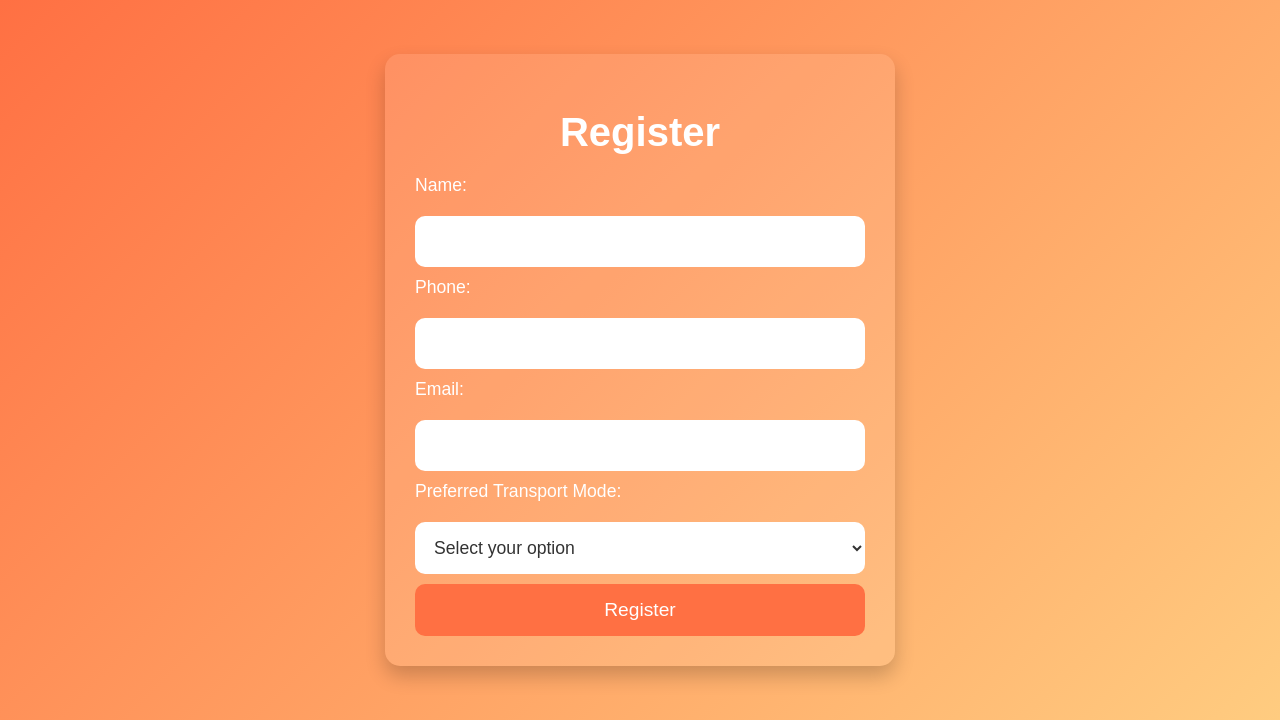
Repository: harutoNaiz/urban-mobility-system
Page: http://localhost/register
These files come from the project's save history. The page is drawn as it stood at one moment and after the next save; the edit follows.
The browser window is 1280 px wide. The pictures show the whole page.
The page is served by the project's application, run on Flask 3 (app.py).

Above is the page before, as saved 2024-11-13 09:27:25.

### templates/register.html
{% if session.get('user_id') %}
    {% include 'navbar1.html' %}
{% endif %}

<!DOCTYPE html>
<html lang="en">
<head>
    <meta charset="UTF-8">
    <meta name="viewport" content="width=device-width, initial-scale=1.0">
    <title>Register</title>
    <style>
        body {
            font-family: 'Arial', sans-serif;
            background: linear-gradient(135deg, #FF7043, #FFCC80);
            margin: 0;
            padding: 0;
            height: 100vh;
            display: flex;
            justify-content: center;
            align-items: center;
            color: #fff;
        }

        .container {
            background: rgba(255, 255, 255, 0.1);
            padding: 30px;
            border-radius: 15px;
            box-shadow: 0 10px 20px rgba(0, 0, 0, 0.2);
            width: 100%;
            max-width: 450px;
            text-align: center;
        }

        h1 {
            font-size: 2.5rem;
            margin-bottom: 20px;
            color: #fff;
        }

        label {
            font-size: 1.1rem;
            display: block;
            margin-bottom: 10px;
            text-align: left;
            color: #fff;
        }

        input[type="text"],
        input[type="email"],
        select,
        textarea {
            width: 100%;
            padding: 15px;
            margin: 10px 0;
            font-size: 1.1rem;
            border: none;
            border-radius: 10px;
            background-color: #fff;
            color: #333;
            box-sizing: border-box;
        }

        textarea {
            height: 100px;
        }

        button {
            width: 100%;
            padding: 15px;
            background-color: #FF7043;
            color: #fff;
            font-size: 1.2rem;
            border: none;
            border-radius: 10px;
            cursor: pointer;
            transition: background-color 0.3s ease;
        }

        button:hover {
            background-color: #F4511E;
        }

        p {
            margin-top: 20px;
            color: #fff;
        }

        a {
            color: #FFCC80;
            text-decoration: none;
            font-weight: bold;
        }

        a:hover {
            color: #fff;
        }
    </style>
</head>
<body>
    <div class="container">
        <h1>Register</h1>
        <form method="POST">
            <label for="name">Name:</label>
            <input type="text" id="name" name="name" required><br>

            <label for="phone">Phone:</label>
            <input type="text" id="phone" name="phone" required><br>

            <label for="email">Email:</label>
            <input type="email" id="email" name="email" required><br>

            <label for="preferred_transport">Preferred Transport Mode:</label>
            <select id="preferred_transport" name="preferred_transport" required>
                <option value="" disabled selected>Select your option</option>
                <option value="Bus">Bus</option>
                <option value="Metro">Metro</option>
                <option value="Ride-Share">Ride-Share</option>
                <option value="Bike-Share">Bike-Share</option>
            </select><br>

            <button type="submit">Register</button>
        </form>
    </div>
</body>
</html>

### app.py
from flask import Flask, render_template, request, redirect, url_for, jsonify, session
import pymysql
import json

# Import database config
# config.py
DB_CONFIG = {
    'host': 'localhost',
    'user': 'root',
    'password': '',
    'db': 'urban_mobility1',
    'charset': 'utf8mb4',
    'cursorclass': pymysql.cursors.DictCursor
}

app = Flask(__name__)
app.secret_key = 'your_secret_key'  # Set a secret key for the session

# Connect to the MySQL database
def get_db_connection():
    return pymysql.connect(**DB_CONFIG)

@app.route('/')
def index():
    return redirect(url_for('sign_in'))

# Sign-in page for existing users
@app.route('/sign_in', methods=['GET', 'POST'])
def sign_in():
    if request.method == 'POST':
        email = request.form['email']
        password = request.form['password']
        connection = get_db_connection()
        with connection.cursor() as cursor:
            cursor.execute("""
                SELECT * FROM Users
                WHERE JSON_UNQUOTE(JSON_EXTRACT(ContactInfo, '$.Email')) = %s
                AND Password = %s
            """, (email, password))

            user = cursor.fetchone()
        connection.close()

        if user:
            # Store the user ID in the session
            session['user_id'] = user['UserID']
            # Redirect to route selection page
            return redirect(url_for('select_route'))
        else:
            return "User not found", 404

    return render_template('sign_in.html')

# Register a new user
@app.route('/register', methods=['GET', 'POST'])
def register_user():
    if request.method == 'POST':
        name = request.form['name']
        phone = request.form['phone']
        email = request.form['email']
        password = request.form['password']
        preferred_transport = request.form['preferred_transport']
        commuting_pattern = request.form['commuting_pattern']

        # Create ContactInfo JSON
        contact_info = json.dumps({
            'Phone': phone,
            'Email': email,
            'Password': password
        })

        connection = get_db_connection()
        with connection.cursor() as cursor:
            sql = "INSERT INTO Users (Name, ContactInfo, PreferredTransportMode, CommutingPattern) VALUES (%s, %s, %s, %s)"
            cursor.execute(sql, (name, contact_info, preferred_transport, commuting_pattern))
            new_user_id = cursor.lastrowid
            connection.commit()
        connection.close()

        # Store the new user ID in the session
        session['user_id'] = new_user_id

        # Redirect to the route selection page
        return redirect(url_for('select_route'))

    return render_template('register.html')

# Route selection with congestion suggestion
@app.route('/select_route', methods=['GET', 'POST'])
def select_route():
    # Get the user ID from the session
    user_id = session.get('user_id')

    if request.method == 'POST':
        route_id = request.form['route_id']

        # Check congestion level for the selected route
        connection = get_db_connection()
        with connection.cursor() as cursor:
            cursor.execute("SELECT CheckTrafficWarning(%s) AS traffic_warning", (route_id,))
            traffic_warning = cursor.fetchone()['traffic_warning']
        connection.close()

        if traffic_warning:
            return render_template('congestion_warning.html', traffic_warning=traffic_warning, route_id=route_id, user_id=user_id)
        else:
            return redirect(url_for('suggest_routes', route_id=route_id, user_id=user_id))

    # Fetch available routes for user
    connection = get_db_connection()
    with connection.cursor() as cursor:
        cursor.execute("SELECT * FROM Routes")
        routes = cursor.fetchall()
    connection.close()

    return render_template('select_route.html', routes=routes, user_id=user_id)

# Handle budget input and show options
@app.route('/suggest_routes', methods=['POST'])
def suggest_routes():
    # Get the user ID from the session
    user_id = session.get('user_id')

    if not user_id:
        return jsonify({'message': 'User not authenticated.'}), 401

    budget = float(request.form['budget'])
    route_id = int(request.form['route_id'])

    connection = get_db_connection()
    with connection.cursor() as cursor:
        sql = """
        SELECT Journeys.JourneyID, Journeys.TransportModeID, MIN(JourneyCost) AS Cost
        FROM Journeys
        WHERE StartLocation = (SELECT StartPoint FROM Routes WHERE RouteID = %s)
        AND EndLocation = (SELECT EndPoint FROM Routes WHERE RouteID = %s)
        AND JourneyCost <= %s
        GROUP BY Journeys.JourneyID, Journeys.TransportModeID
        ORDER BY Cost
        """

        cursor.execute(sql, (route_id, route_id, budget))  # Ensure using %s placeholders here
        suggested_routes = cursor.fetchall()
    connection.close()

    return render_template('payment.html', suggested_routes=suggested_routes, user_id=user_id)


@app.route('/process_booking', methods=['POST'])
def process_booking():
    # Get the user ID from the session
    user_id = session.get('user_id')

    if not user_id:
        return jsonify({'message': 'User not authenticated.'}), 401

    transport_mode_id = int(request.form['transport_mode_id'])
    journey_cost = float(request.form['cost'])
    payment_method = request.form['payment_method']

    connection = get_db_connection()
    with connection.cursor() as cursor:
        # Check capacity
        cursor.execute("SELECT Capacity, CurrentOccupancy FROM TransportModes WHERE TransportModeID = %s", (transport_mode_id,))
        transport_mode = cursor.fetchone()

        if transport_mode['CurrentOccupancy'] < transport_mode['Capacity']:
            # Proceed with booking
            cursor.execute("""
            INSERT INTO Journeys (StartLocation, EndLocation, StartTime, JourneyCost, TransportModeID)
            VALUES ('Unknown Start', 'Unknown End', NOW(), %s, %s)
            """, (journey_cost, transport_mode_id))
            connection.commit()

            # Update occupancy
            cursor.execute("UPDATE TransportModes SET CurrentOccupancy = CurrentOccupancy + 1 WHERE TransportModeID = %s", (transport_mode_id,))
            connection.commit()

            # Record payment
            cursor.execute("""
            INSERT INTO Payments (UserID, ProviderID, Amount, PaymentDate, PaymentMethod, DiscountApplied)
            VALUES (%s, (SELECT ProviderID FROM TransportModes WHERE TransportModeID = %s), %s, NOW(), %s, 0)
            """, (user_id, transport_mode_id, journey_cost, payment_method))
            connection.commit()
        else:
            return jsonify({'message': 'Capacity exceeded. Booking failed.'}), 400

    connection.close()
    return jsonify({'message': 'Booking and payment successful!'}), 200

@app.route('/logout')
def logout():
    session.pop('user_id', None)  # Remove user ID from session
    return redirect(url_for('sign_in'))  # Redirect to sign-in page


if __name__ == '__main__':
    app.run(debug=True)

After the next save:
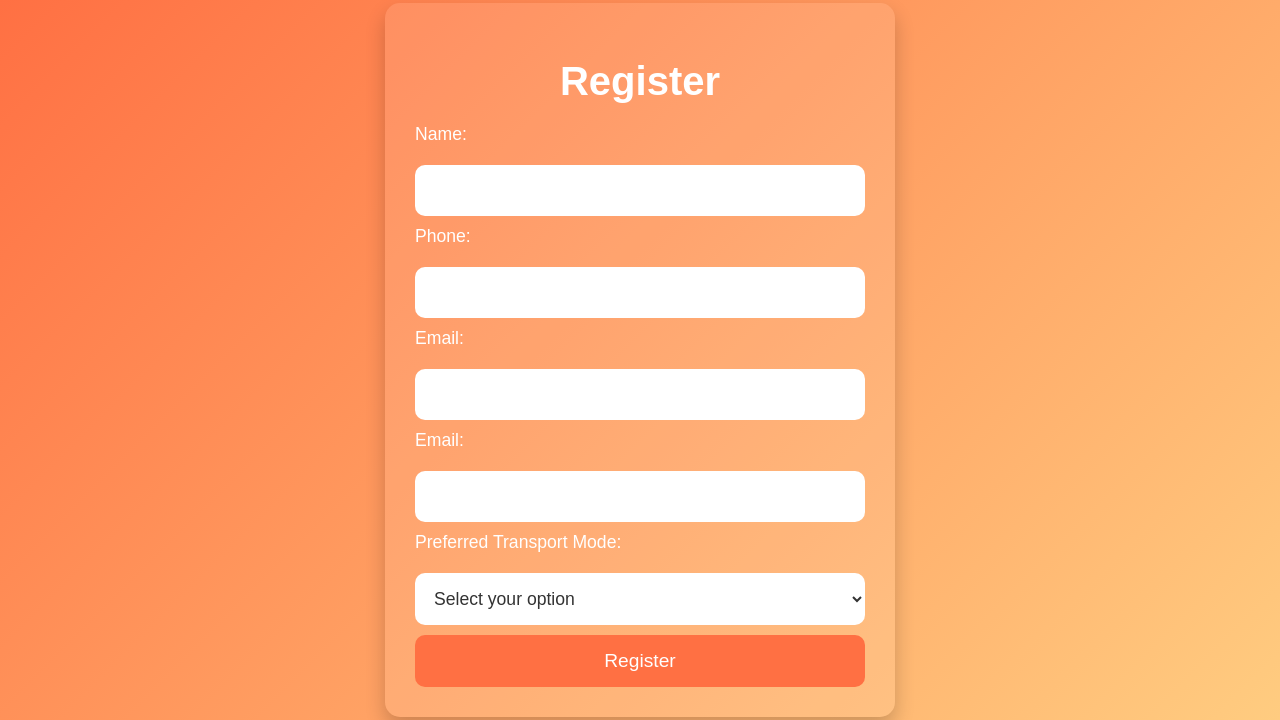
Saved 24 s later.
--- a/templates/register.html
+++ b/templates/register.html
@@ -109,6 +109,9 @@
             <label for="email">Email:</label>
             <input type="email" id="email" name="email" required><br>
 
+            <label for="email">Email:</label>
+            <input type="email" id="email" name="email" required><br>
+
             <label for="preferred_transport">Preferred Transport Mode:</label>
             <select id="preferred_transport" name="preferred_transport" required>
                 <option value="" disabled selected>Select your option</option>
